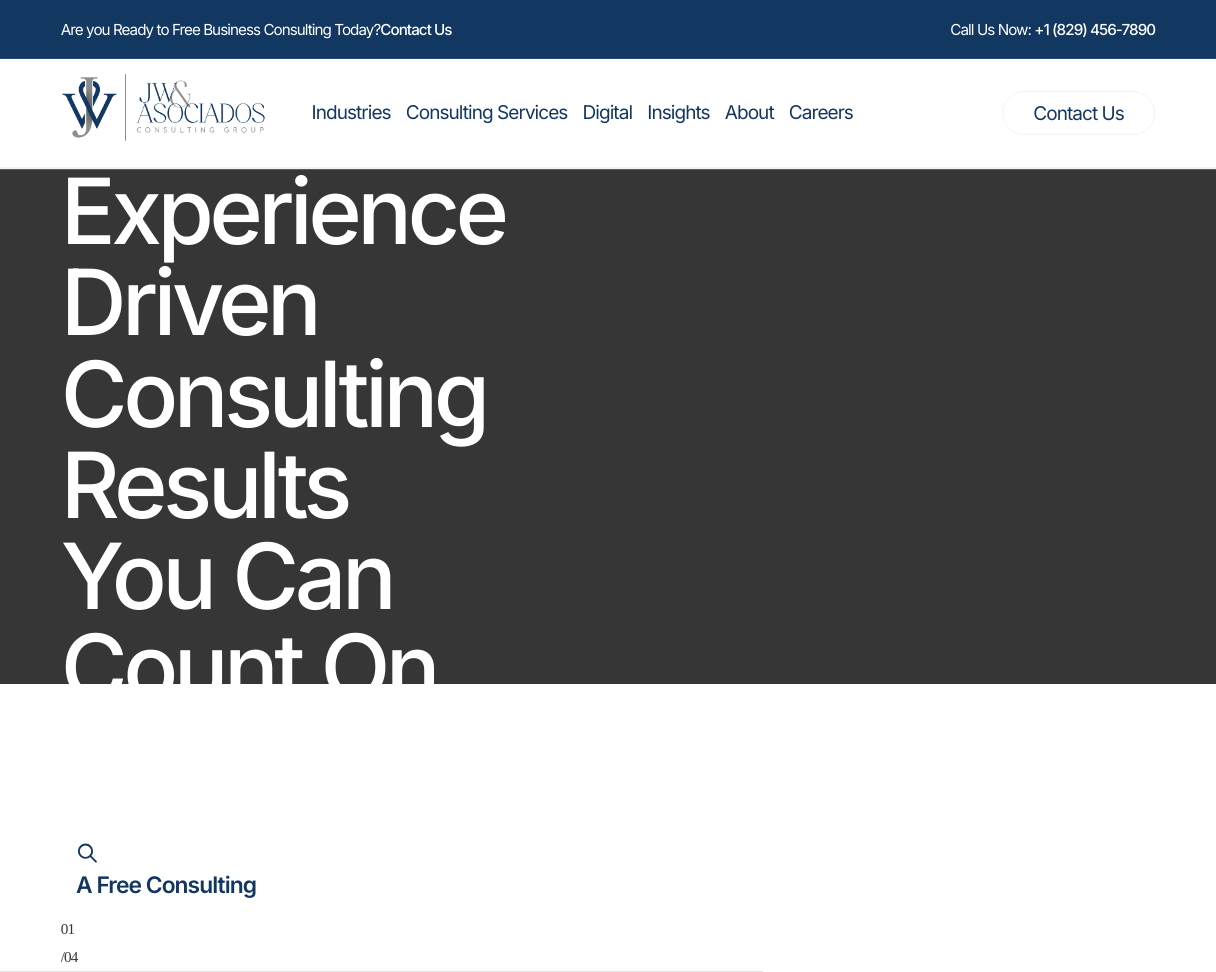
Repository: June-t/jwsyasociados
Page: /
These files come from the project's save history. The page is drawn as it stood at one moment and after a run of saves; the edit follows.
The browser window is 1280 px wide. The pictures show the whole page, at 95% of full size.
The project was rebuilt for these pictures with package versions that can differ from the ones it lists, and the page was loaded fresh each time. The framework's server and built-in components were replaced by stand-ins that run in the browser. Also part of the build but not shown: next.config.ts.

Above is the page before, as saved 2025-10-22 16:02:26.

### src/app/layout.tsx
import type { Metadata } from "next";
import { Inter } from "next/font/google";
// Styles
// @ts-ignore
import "../app/style/main.css";

import Footer from "@/app/common/Footer";
import Header from "@/app/common/Header";

const inter = Inter({ subsets: ["latin"], variable: "--font-inter" });

export const metadata: Metadata = {
  title: "Create Next App",
  description: "Generated by create next app",
};

export default function RootLayout({
  children,
}: Readonly<{
  children: React.ReactNode;
}>) {
  return (
    <html lang='en'>
      <body className={`${inter.variable} antialiased`}>
        <Header />
        <main className='wrapper'>{children}</main>
        <Footer />
      </body>
    </html>
  );
}

### src/app/page.tsx
import { IconSearch } from "@tabler/icons-react";

export default function Main() {
  return (
    <>
      <section className='main__hero'>
        <div className='hero__slider'>
          <span>Smarter Strategies Stronger Businesses</span>
          <h1>
            Experience Driven <br /> Consulting Results <br /> You Can Count On
          </h1>
          <p>
            Whether you're Icmng to streamline operations, scale sustainably, or
            navigate complex challenges, our consulting services are built to
            deliver measurable results and long-term impact & hands support.
          </p>
          <a href='#' className='btn__primary--search'>
            <div className='btn__icon'>
              <IconSearch />
            </div>
            A Free Consulting
          </a>
        </div>
        <div className='hero__progress'>
          <div className='progress__status'>
            <span>01</span>
          </div>
          <div className='progress__line' />
          <div className='progress__total'>
            <span>/04</span>
          </div>
        </div>
      </section>
      <section className='main__about'></section>
      <section className='main__services'></section>
      <section className='main__clients'></section>
      <section className='main__work'></section>
      <section className='main__team'></section>
      <section className='main__contact'></section>
    </>
  );
}

### src/app/style/main.css
/* SETTINGS */
@import "./settings/_settings.import.css";

/* TOOLS  */
@import "./tools/_tools.import.css";

/* GENERIC  */
@import "./generic/_generic.import.css";

/* ELEMENTS  */
@import "./elements/_elements.import.css";

/* OBJECTS  */
@import "./objects/_objects.import.css";

/* COMPONENTS  */
@import "./components/_components.import.css";

/* PAGES  */
@import "./pages/_pages.import.css";

/* TRUMPS  */
@import "./trumps/_trumps.css";

### src/app/common/Footer.tsx
export default function Footer() {
  return <footer className='footer'></footer>;
}

### src/app/common/Header.tsx
import Logo from "@/app/assets/logo.png";
export default function Header() {
  return (
    <header className='header'>
      <div className='header__banner'>
        <span>
          Are you Ready to Free Business Consulting Today?
          <a href='#'>Contact Us</a>
        </span>
        <span>
          Call Us Now: <a>+1 (829) 456-7890</a>
        </span>
      </div>
      <div className='header__navegation'>
        <div className='header__logo'>
          <img src={Logo.src} alt='JWS Y Asociados Logo' />
        </div>
        <div className='header__nav'>
          <ul className='header__nav-list'>
            <li className='header__nav-item'>
              <a href='#'>Industries</a>
            </li>
            <li className='header__nav-item'>
              <a href='#'>Consulting Services</a>
            </li>
            <li className='header__nav-item'>
              <a href='#'>Digital</a>
            </li>
            <li className='header__nav-item'>
              <a href='#'>Insights</a>
            </li>
            <li className='header__nav-item'>
              <a href='#'>About</a>
            </li>
            <li className='header__nav-item'>
              <a href='#'>Careers</a>
            </li>
          </ul>
        </div>
        <div className='header__menu'>
          <button className='btn__primary'>Contact Us</button>
          <div className='btn__menu'></div>
        </div>
      </div>
    </header>
  );
}

### src/app/style/settings/_settings.import.css
@import "./_variables.css";

### src/app/style/tools/_tools.import.css
@import "./_mixins.css";

### src/app/style/generic/_generic.import.css
@import "./_base.css";
@import "./_reset.css";

### src/app/style/elements/_elements.import.css
@import "./_articles.css";

### src/app/style/objects/_objects.import.css
@import "./_object.css";

### src/app/style/components/_components.import.css
@import "./_header.css";
@import "./_footer.css";

### src/app/style/pages/_pages.import.css
@import "./_home.css";

### src/app/style/settings/_variables.css
:root {
  /* colors primary */
  --primary: #123761;
  /* colors */
  --white: #fff;
  --black: #363636;
  --gray: #8e8e8e;
  /* space */
  --wrapper-space: clamp(20px, 5vw, 100px); /* Min: 20px, Max: 200px */
  --wrapper-space-articles: 40dvh; /* Min: 20px, Max: 40dvh */
  --wrapper-space-article: 40dvh;
  --max-width: 135rem;
  /* weight */
  --w-light: 300;
  --w-regular: 400;
  --w-medium: 500;
  --w-semibold: 600;
  --w-bold: 700;
  /* z-index */
  --top: 999;
  /* font-size */
  --junicode: "Junicode VF";
  --helvetica: "Helvetica";
  /* Tipografía responsiva (sin breakpoints manuales) */
  --f-smallest: clamp(12px, 1vw + 14px, 16px); /* Min: 12px, Max: 18px */
  --f-small: clamp(14px, 1vw + 16px, 20px); /* Min: 14px, Max: 20px */
  --f-medium: clamp(16px, 1vw + 18px, 24px); /* Min: 16px, Max: 24px */
  --f-large: clamp(20px, 1.5vw + 20px, 32px); /* Min: 20px, Max: 32px */
  --f-xlarge: clamp(24px, 2vw + 24px, 40px); /* Min: 24px, Max: 40px */
  --f-xxlarge: clamp(48px, 3vw + 48px, 62px); /* Min: 48px, Max: 96px */
}

:root {
  --wrapper-space-articles: 40dvh;
  --wrapper-space-article: 40dvh;

  @media (width <= 576px) {
    --wrapper-space-articles: 2dvh;
    --wrapper-space-article: 2dvh;
  }
  @media (577px <= width <= 768px) {
    --wrapper-space-articles: 3dvh;
    --wrapper-space-article: 3dvh;
  }
  @media (769px <= width <= 992px) {
    --wrapper-space-articles: 10dvh;
    --wrapper-space-article: 10dvh;
  }

  @media (993px <= width <= 1200px) {
    --wrapper-space-articles: 10dvh;
    --wrapper-space-article: 10dvh;
  }

  @media (1201 <= width <= 1600px) {
    --wrapper-space-articles: 25dvh;
    --wrapper-space-article: 25dvh;
  }

  @media (width > 1601px) {
    --wrapper-space-articles: 40dvh;
    --wrapper-space-article: 60dvh;
  }
}

### src/app/style/tools/_mixins.css
/* Extra pequeños dispositivos (móviles, hasta 576px) */
@media (width <= 576px) {
}

/* Dispositivos pequeños (móviles grandes, entre 577px y 768px) */
@media (577px <= width <= 768px) {
}

/* Dispositivos medianos (tablets, entre 769px y 992px) */
@media (769px <= width <= 992px) {
}

/* Dispositivos grandes (desktops, entre 993px y 1200px) */
@media (993px <= width <= 1200px) {
}

/* Dispositivos extra grandes (desktops grandes, más de 1200px) */
@media (width > 1200px) {
}

### src/app/style/generic/_base.css
* {
  box-sizing: border-box;
  line-height: 30px;
  letter-spacing: -1px;
}

html,
body {
  height: auto;
  color: var(--black);
}
.wrapper {
  height: auto;
}

### src/app/style/elements/_articles.css
.lastest__content,
.news__square,
.outstanding__aside,
.news__section {
  a {
    &:hover {
      img,
      .flex {
        opacity: 0.5;
        transition: opacity ease-in-out 0.1s;
      }
      h3 {
        color: #868686 !important;
        transition: color ease-in-out 0.1s;
      }
    }
  }
}

.content__item {
  display: flex;
  flex-direction: column;
  grid-gap: 1rem;

  .item__image {
    display: flex;

    a {
      width: 100%;
    }

    img {
      height: 30dvh;
      width: 100%;
      object-fit: cover;
      border-radius: 10px;
      transition: opacity ease-in-out 0.1s;
    }
  }

  .item__information {
    display: flex;
    flex-direction: column;
    grid-gap: 10px;

    h3 {
      font-family: var(--junicode);
      font-weight: var(--w-bold);
      letter-spacing: -0.05em;
      color: var(--black);
      font-size: var(--f-large);
      line-height: 90%;
      transition: color ease-in-out 0.1s;
    }

    p {
      font-weight: var(--w-regular);
      color: #8e8e8e;
      font-size: var(--f-smallest);

      /* Clip */

      overflow: hidden;
      text-overflow: ellipsis;
      white-space: normal;
      word-break: break-word;
      line-height: 1.3;
      max-height: calc(1.3em * 2);
    }
  }
}

### src/app/style/objects/_object.css
.label {
  display: flex;
  grid-gap: 5px;

  .label__category {
    font-weight: var(--w-medium);
    font-size: var(--f-smallest);
    color: var(--primary);
  }

  .label__divider {
    display: flex;
    align-items: center;
    color: var(--primary);
  }

  .label__time {
    font-weight: var(--w-regular);
    font-size: var(--f-smallest);
    color: var(--primary);
  }
}

.seemore {
  display: flex;
  align-items: center;
}

### src/app/style/pages/_home.css
.main__hero {
  height: 100dvh;
  padding-inline: var(--wrapper-space);
  background: var(--black);
  padding-top: 20dvh;
  padding-bottom: 10dvh;
  display: grid;
  grid-template-rows: 1fr max-content;

  .hero__slider {
    display: flex;
    flex-direction: column;
    justify-content: center;
    width: 50%;

    h1 {
      font-family: var(--font-inter);
      font-style: normal;
      font-weight: 500;
      font-size: 96px;
      line-height: 100%;
      letter-spacing: -0.05em;
      color: var(--white);
    }

    span {
      font-family: var(--font-inter);
      font-weight: var(--w-medium);
      font-size: var(--f-large);
      color: var(--white);
    }

    p {
      font-family: var(--font-inter);
      font-size: var(--f-medium);
      color: var(--white);
      font-weight: var(--w-light);
    }

    a {
      padding: 1rem;
      background: var(--white);
      border-radius: 5rem;
      font-family: var(--font-inter);
      font-weight: var(--w-semibold);
      font-size: var(--f-medium);
      color: var(--primary);
      width: max-content;
    }
  }
}

### src/app/style/generic/_reset.css
/*! normalize.css v8.0.1 | MIT License | github.com/necolas/normalize.css */

/* Document
   ========================================================================== */

/**
 * 1. Correct the line height in all browsers.
 * 2. Prevent adjustments of font size after orientation changes in iOS.
 */

* {
  margin: 0;
  padding: 0;
  box-sizing: border-box;
}

html {
  line-height: 1.15;
  letter-spacing: -0.05em;
  /* 1 */
  -webkit-text-size-adjust: 100%;
  /* 2 */
}

a:link,
a:visited,
a:active {
  text-decoration: none;
}

iframe {
  border: 0px !important;
}

/* Sections
     ========================================================================== */

/**
   * Remove the margin in all browsers.
   */

body {
  margin: 0;
}

/**
   * Render the `main` element consistently in IE.
   */

main {
  display: block;
}

/**
   * Correct the font size and margin on `h1` elements within `section` and
   * `article` contexts in Chrome, Firefox, and Safari.
   */

blockquote {
  color: var(--white);
}

/* layout.css | http://localhost:3000/_next/static/css/app/layout.css?v=1725121113981 */

/* Grouping content
     ========================================================================== */

/**
   * 1. Add the correct box sizing in Firefox.
   * 2. Show the overflow in Edge and IE.
   */

hr {
  box-sizing: content-box;
  /* 1 */
  height: 0;
  /* 1 */
  overflow: visible;
  /* 2 */
}

/**
   * 1. Correct the inheritance and scaling of font size in all browsers.
   * 2. Correct the odd `em` font sizing in all browsers.
   */

pre {
  font-family: monospace, monospace;
  /* 1 */
  font-size: var(--body);
  /* 2 */
}

/* Text-level semantics
     ========================================================================== */

/**
   * Remove the gray background on active links in IE 10.
   */

a {
  background-color: transparent;
}

/**
   * 1. Remove the bottom border in Chrome 57-
   * 2. Add the correct text decoration in Chrome, Edge, IE, Opera, and Safari.
   */

abbr[title] {
  border-bottom: none;
  /* 1 */
  text-decoration: underline;
  /* 2 */
  text-decoration: underline dotted;
  /* 2 */
}

/**
   * Add the correct font weight in Chrome, Edge, and Safari.
   */

/**
   * 1. Correct the inheritance and scaling of font size in all browsers.
   * 2. Correct the odd `em` font sizing in all browsers.
   */

code,
kbd,
samp {
  font-family: monospace, monospace;
  /* 1 */
  font-size: var(--body);
  /* 2 */
}

/**
   * Add the correct font size in all browsers.
   */

small {
  font-size: 80%;
}

/**
   * Prevent `sub` and `sup` elements from affecting the line height in
   * all browsers.
   */

sub,
sup {
  font-size: 75%;
  line-height: 0;
  position: relative;
  vertical-align: baseline;
}

sub {
  bottom: -0.25em;
}

sup {
  top: -0.5em;
}

/* Embedded content
     ========================================================================== */

/**
   * Remove the border on images inside links in IE 10.
   */

img {
  border-style: none;
}

/* Forms
     ========================================================================== */

/**
   * 1. Change the font styles in all browsers.
   * 2. Remove the margin in Firefox and Safari.
   */

button,
input,
optgroup,
select,
textarea {
  font-family: inherit;
  /* 1 */
  font-size: 100%;
  /* 1 */
  line-height: 1.15;
  /* 1 */
  margin: 0;
  /* 2 */
}

/**
   * Show the overflow in IE.
   * 1. Show the overflow in Edge.
   */

button,
input {
  /* 1 */
  overflow: visible;
}

/**
   * Remove the inheritance of text transform in Edge, Firefox, and IE.
   * 1. Remove the inheritance of text transform in Firefox.
   */

button,
select {
  /* 1 */
  text-transform: none;
}

/**
   * Correct the inability to style clickable types in iOS and Safari.
   */

button,
[type="button"],
[type="reset"],
[type="submit"] {
  -webkit-appearance: button;
}

/**
   * Remove the inner border and padding in Firefox.
   */

button::-moz-focus-inner,
[type="button"]::-moz-focus-inner,
[type="reset"]::-moz-focus-inner,
[type="submit"]::-moz-focus-inner {
  border-style: none;
  padding: 0;
}

/**
   * Restore the focus styles unset by the previous rule.
   */

button:-moz-focusring,
[type="button"]:-moz-focusring,
[type="reset"]:-moz-focusring,
[type="submit"]:-moz-focusring {
  outline: 1px dotted ButtonText;
}

/**
   * Correct the padding in Firefox.
   */

fieldset {
  padding: 0.35em 0.75em 0.625em;
}

/**
   * 1. Correct the text wrapping in Edge and IE.
   * 2. Correct the color inheritance from `fieldset` elements in IE.
   * 3. Remove the padding so developers are not caught out when they zero out
   *    `fieldset` elements in all browsers.
   */

legend {
  box-sizing: border-box;
  /* 1 */
  color: inherit;
  /* 2 */
  display: table;
  /* 1 */
  max-width: 100%;
  /* 1 */
  padding: 0;
  /* 3 */
  white-space: normal;
  /* 1 */
}

/**
   * Add the correct vertical alignment in Chrome, Firefox, and Opera.
   */

progress {
  vertical-align: baseline;
}

/**
   * Remove the default vertical scrollbar in IE 10+.
   */

textarea {
  overflow: auto;
}

/**
   * 1. Add the correct box sizing in IE 10.
   * 2. Remove the padding in IE 10.
   */

[type="checkbox"],
[type="radio"] {
  box-sizing: border-box;
  /* 1 */
  padding: 0;
  /* 2 */
}

/**
   * Correct the cursor style of increment and decrement buttons in Chrome.
   */

[type="number"]::-webkit-inner-spin-button,
[type="number"]::-webkit-outer-spin-button {
  height: auto;
}

/**
   * 1. Correct the odd appearance in Chrome and Safari.
   * 2. Correct the outline style in Safari.
   */

[type="search"] {
  -webkit-appearance: textfield;
  /* 1 */
  outline-offset: -2px;
  /* 2 */
}

/**
   * Remove the inner padding in Chrome and Safari on macOS.
   */

[type="search"]::-webkit-search-decoration {
  -webkit-appearance: none;
}

/**
   * 1. Correct the inability to style clickable types in iOS and Safari.
   * 2. Change font properties to `inherit` in Safari.
   */

::-webkit-file-upload-button {
  -webkit-appearance: button;
  /* 1 */
  font: inherit;
  /* 2 */
}

/* Interactive
     ========================================================================== */

/*
   * Add the correct display in Edge, IE 10+, and Firefox.
   */

details {
  display: block;
}

/*
   * Add the correct display in all browsers.
   */

summary {
  display: list-item;
}

/* Misc
     ========================================================================== */

/**
   * Add the correct display in IE 10+.
   */

template {
  display: none;
}

/**
   * Add the correct display in IE 10.
   */

[hidden] {
  display: none;
}

### src/app/style/components/_header.css
.header {
  border-bottom: 2px solid #f2f2f2;
  background: var(--white);
  position: absolute;
  width: 100%;

  .header__banner {
    background: var(--primary);
    padding-inline: var(--wrapper-space);
    padding-block: 1rem;
    display: flex;
    justify-content: space-between;

    span {
      font-family: var(--font-inter);
      font-weight: var(--w-regular);
      font-size: var(--f-smallest);
      color: var(--white);
      grid-gap: 10px;

      a {
        font-family: var(--font-inter);
        font-weight: var(--w-medium);
        font-size: var(--f-smallest);
        color: var(--white);
      }
    }
  }

  .header__navegation {
    display: grid;
    grid-template-columns: max-content 1fr max-content;
    padding-inline: var(--wrapper-space);
    padding-block: 1rem;
    grid-gap: 3rem;

    .header__logo {
      img {
        width: 30dvh;
      }
    }

    .header__nav {
      .header__nav-list {
        list-style: none;
        display: flex;
        grid-gap: 1rem;
        padding: 0px;
        margin: 0px;
        height: 100%;
        align-items: center;
        justify-content: flex-start;

        .header__nav-item {
          a {
            font-weight: var(--w-regular);
            font-size: var(--f-small);
            color: var(--primary);
            font-family: var(--font-inter);
          }
        }
      }
    }

    .header__menu {
      display: flex;
      justify-content: center;
      align-items: center;

      .btn__primary {
        color: var(--primary);
        background: #0000;
        border: 1px solid #f2f2f2;
        border-radius: 2rem;
        padding: 0.8rem 2rem;
        font-family: "Inter";
        font-weight: var(--w-regular);
        font-size: var(--f-small);
        line-height: 19px;
        letter-spacing: -0.05em;
      }
    }
  }
}

### src/app/style/components/_footer.css
.footer {
  height: 100%;
  background: var(--black);
  display: grid;
  grid-template-rows: 1fr max-content;
  margin-top: 5rem;

  .footer__navegation {
    padding: var(--wrapper-space);
    display: grid;
    grid-template-columns: 0.5fr 1fr;

    @media (width <= 768px) {
      grid-template-columns: 1fr;
      display: grid;
      grid-gap: 2rem;
    }

    h1 {
      font-family: var(--junicode);
      font-weight: var(--w-light);
      font-size: var(--f-xxlarge);
      line-height: 80%;
      letter-spacing: -0.05em;
      color: var(--white);
    }

    .navegation__nav {
      display: flex;
      grid-gap: 10rem;
      justify-content: center;

      @media (width <= 768px) {
        grid-gap: 2rem;
        flex-wrap: wrap;
        justify-content: start;
      }

      .navegation__nav--item {
        display: flex;
        flex-direction: column;
        grid-gap: 1rem;

        span {
          font-weight: var(--w-regular);
          font-size: var(--f-smallest);

          line-height: 80%;
          letter-spacing: -0.05em;
          text-transform: uppercase;
          color: rgba(228, 225, 213, 0.4);
        }

        .links {
          display: flex;
          flex-direction: column;
          grid-gap: 10px;

          a {
            font-weight: var(--w-regular);
            font-size: var(--f-small);
            line-height: 80%;
            letter-spacing: -0.05em;
            color: var(--white);
          }
        }
      }
    }
  }

  .footer__copyright {
    display: flex;
    justify-content: space-between;
    border-top: 1px solid color-mix(in srgb, var(--white) 10%, transparent);
    padding-block: 2rem;
    padding-inline: var(--wrapper-space);

    @media (width <= 768px) {
      grid-gap: 1rem;
      flex-wrap: wrap;
    }

    span {
      font-weight: var(--w-regular);
      letter-spacing: -0.05em;
      color: var(--white);
      font-size: var(--f-smallest);
    }

    .copyright__links {
      display: flex;
      grid-gap: 1rem;

      a {
        font-weight: var(--w-regular);
        letter-spacing: -0.05em;
        color: var(--white);
        font-size: var(--f-smallest);
      }
    }
  }
}

Loaded but not shown: src/app/style/trumps/_trumps.css (no copy from this time; the picture is the same without it)

After the next 3 saves:
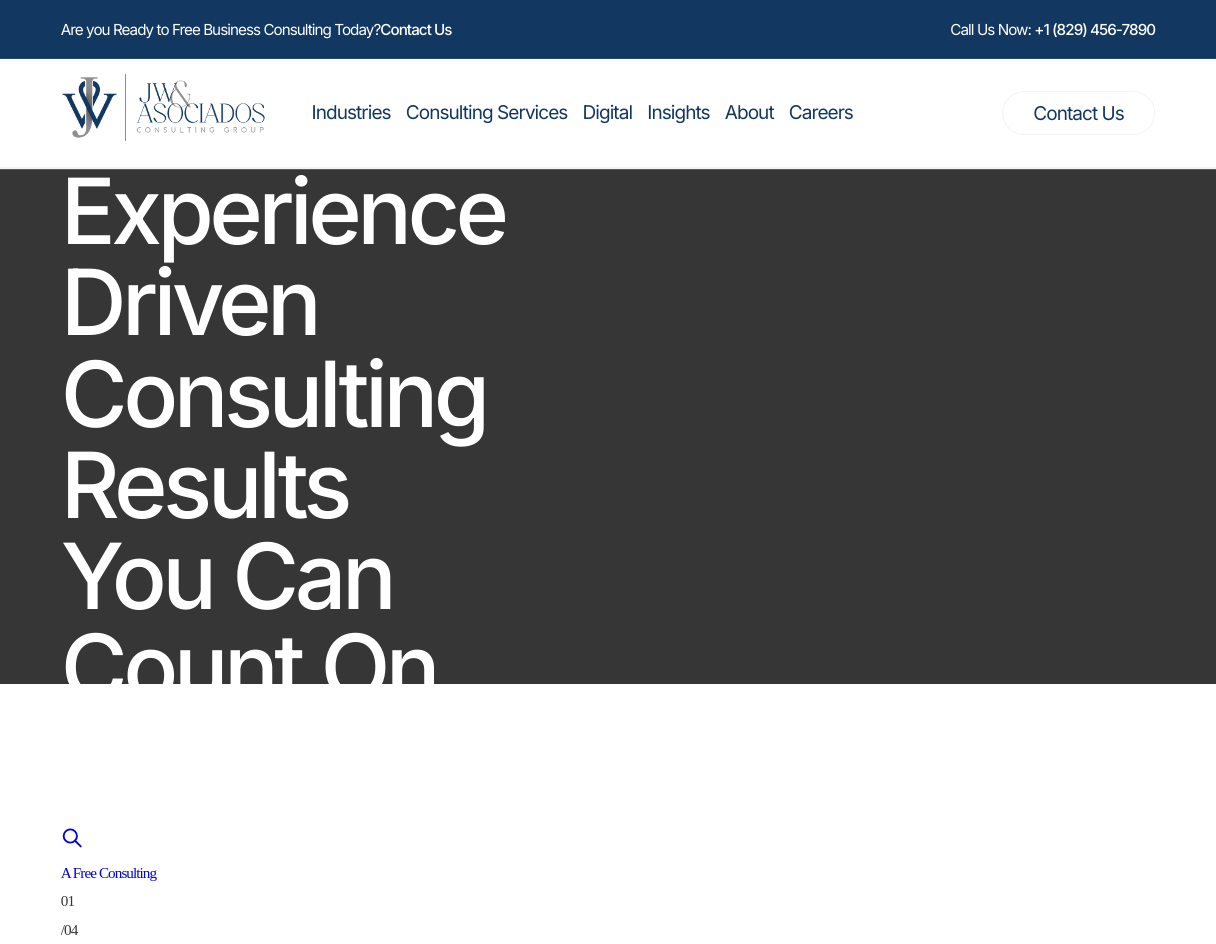
The 3 saves are shown as one change because they came seconds apart.
The last was saved 119 s later.
--- a/src/app/style/pages/_home.css
+++ b/src/app/style/pages/_home.css
@@ -36,16 +36,5 @@
       color: var(--white);
       font-weight: var(--w-light);
     }
-
-    a {
-      padding: 1rem;
-      background: var(--white);
-      border-radius: 5rem;
-      font-family: var(--font-inter);
-      font-weight: var(--w-semibold);
-      font-size: var(--f-medium);
-      color: var(--primary);
-      width: max-content;
-    }
   }
 }
